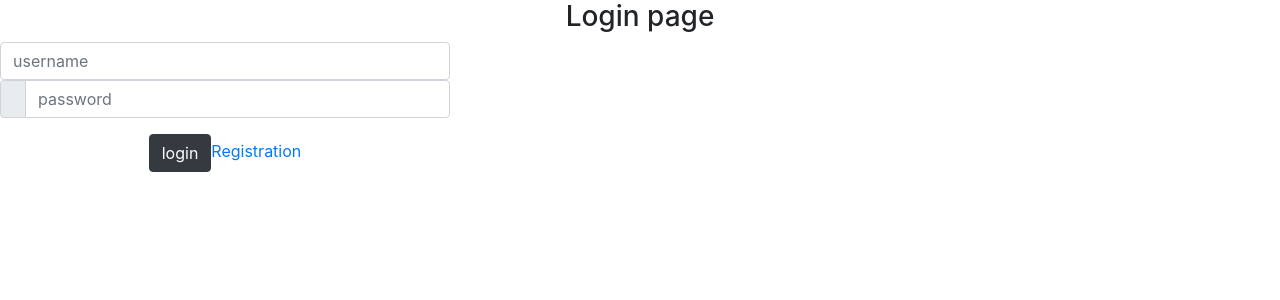
Repository: vishnushelke/LoginPage
Page: http://localhost/MyLoginPage/Login.jsp
An editor plug-in stored every save of this project. The page is shown before and after the next save, followed by the edit.
The browser window is 1280 px wide. The pictures show the whole page.
The page is served by Tomcat 9.

Above is the page before, as saved 2019-10-10 06:34:40.

After the next save:
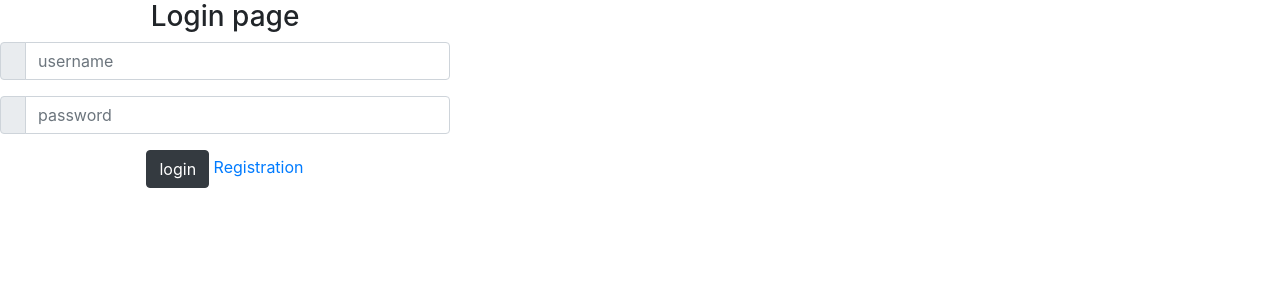
Saved 115 s later.
--- a/MyLoginPage/WebContent/Login.jsp
+++ b/MyLoginPage/WebContent/Login.jsp
@@ -1,48 +1,42 @@
 <%@ page language="java" contentType="text/html; charset=UTF-8"
-	pageEncoding="UTF-8"%>
+    pageEncoding="UTF-8"%>
 <!DOCTYPE html>
 <html>
 <head>
 <meta charset="UTF-8">
 <title>Insert title here</title>
 <link rel="stylesheet"
-	href="https://maxcdn.bootstrapcdn.com/bootstrap/4.3.1/css/bootstrap.min.css">
+href="https://maxcdn.bootstrapcdn.com/bootstrap/4.3.1/css/bootstrap.min.css">
 <script
-	src="https://ajax.googleapis.com/ajax/libs/jquery/3.4.1/jquery.min.js"></script>
+src="https://ajax.googleapis.com/ajax/libs/jquery/3.4.1/jquery.min.js"></script>
 <script
-	src="https://cdnjs.cloudflare.com/ajax/libs/popper.js/1.14.7/umd/popper.min.js"></script>
+src="https://cdnjs.cloudflare.com/ajax/libs/popper.js/1.14.7/umd/popper.min.js"></script>
 <script
-	src="https://maxcdn.bootstrapcdn.com/bootstrap/4.3.1/js/bootstrap.min.js"></script>
+src="https://maxcdn.bootstrapcdn.com/bootstrap/4.3.1/js/bootstrap.min.js"></script>
 </head>
 <body>
-	<form action="login" method="post">
-		<div style='text-align: center'>
+<form action="login" method="post">
+<div style='text-align:center'>
+<fieldset style="width:450px">
+<h3>Login page</h3>
+<div class="input-group mb-3">
+  <div class="input-group-prepend">
+    <span class="input-group-text" id="basic-addon1"></span>
+  </div>
+  <input type="text" class="form-control" name="username" placeholder="username" aria-label="username" aria-describedby="basic-addon1">
+</div>
+<div class="input-group mb-3">
+  <div class="input-group-prepend">
+    <span class="input-group-text" id="basic-addon1"></span>
+  </div>
+  <input type="password" class="form-control" name="password" placeholder="password" aria-label="password" aria-describedby="basic-addon1">
+</div>
 
-			<h3>Login page</h3>
+<input type="submit" value="login" class="btn btn-dark"></button> <a href="register.jsp">Registration</a>
 
-			<div class="input-group mb-3">
-				<fieldset style="width: 450px">
+</form>
 
-					<input type="text" class="form-control" name="username"
-						placeholder="username" aria-label="username"
-						aria-describedby="basic-addon1">
-
-					<div class="input-group mb-3">
-						<div class="input-group-prepend">
-							<span class="input-group-text" id="basic-addon1"></span>
-						</div>
-						<input type="password" class="form-control" name="password"
-							placeholder="password" aria-label="password"
-							aria-describedby="basic-addon1">
-					</div>
-
-					<input type="submit" value="login" class="btn btn-dark"><a href="register.jsp">Registration</a>
-
-				</fieldset>
-			</div>
-		</div>
-	</form>
-
+</div>
 </body>
 
 
